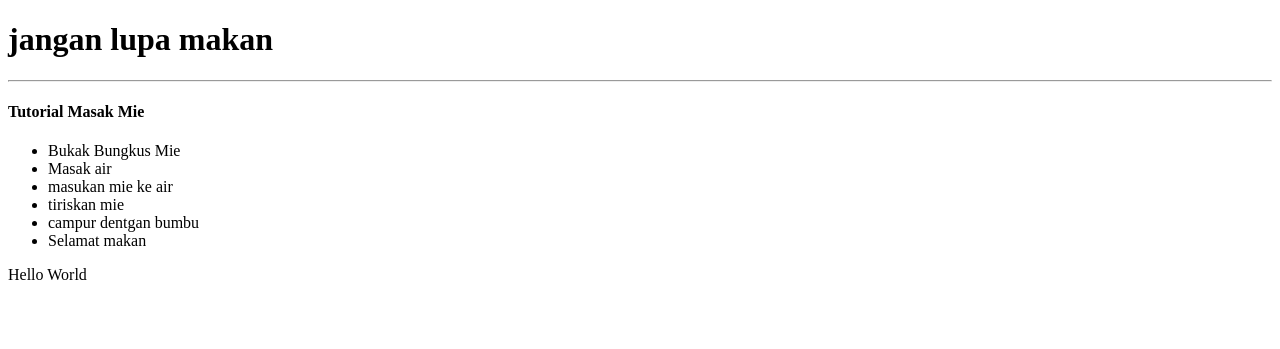
Repository: Nyxelll/ses4pt2pemweb
Page: index.html
An editor plug-in stored every save of this project. The page is shown before and after the next save, followed by the edit.
The browser window is 1280 px wide. The pictures show the whole page.

Above is the page before, as saved 2026-04-06 09:30:59.

### index.html
<!DOCTYPE html>
<html lang="en">
<head>
    <meta charset="UTF-8">
    <meta name="viewport" content="width=device-width, initial-scale=1.0">
    <title>Document</title>
</head>
<body>
    <h1> jangan lupa makan </h1>
<hr>
<h4> Tutorial Masak Mie</h4>
<ul >
    <li> Bukak Bungkus Mie </li>
     <li> Masak air </li>
      <li> masukan mie ke air </li>
       <li> tiriskan mie </li>
        <li> campur dentgan bumbu </li>
         <li> Selamat makan </li>
</ul>
<p> Hello World </p>

</body>
</html>

After the next save:
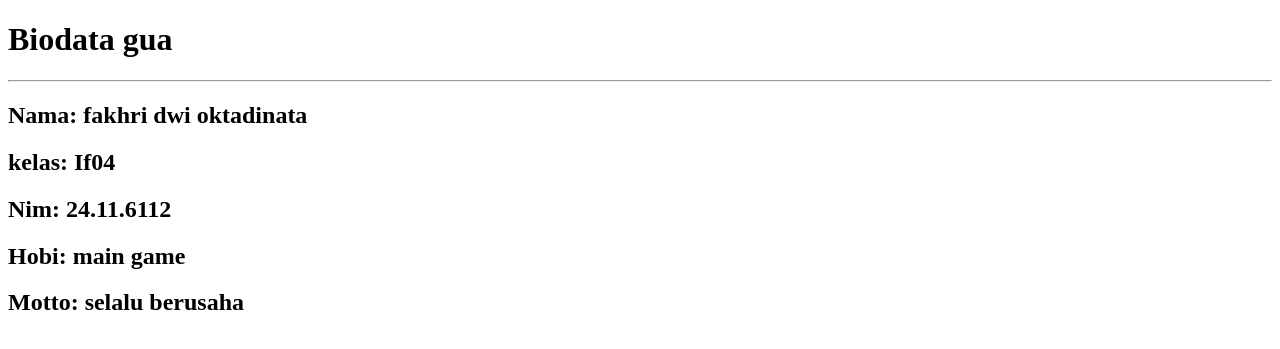
Saved 28 min 57 s later.
--- a/index.html
+++ b/index.html
@@ -6,18 +6,12 @@
     <title>Document</title>
 </head>
 <body>
-    <h1> jangan lupa makan </h1>
-<hr>
-<h4> Tutorial Masak Mie</h4>
-<ul >
-    <li> Bukak Bungkus Mie </li>
-     <li> Masak air </li>
-      <li> masukan mie ke air </li>
-       <li> tiriskan mie </li>
-        <li> campur dentgan bumbu </li>
-         <li> Selamat makan </li>
-</ul>
-<p> Hello World </p>
-
+    <h1>Biodata gua</h1>
+    <hr>
+    <h2> Nama: fakhri dwi oktadinata</h2>
+    <h2> kelas: If04</h2>
+    <h2> Nim: 24.11.6112</h2>
+    <h2>Hobi: main game</h2>
+    <h2>Motto: selalu berusaha</h2>
 </body>
 </html>
